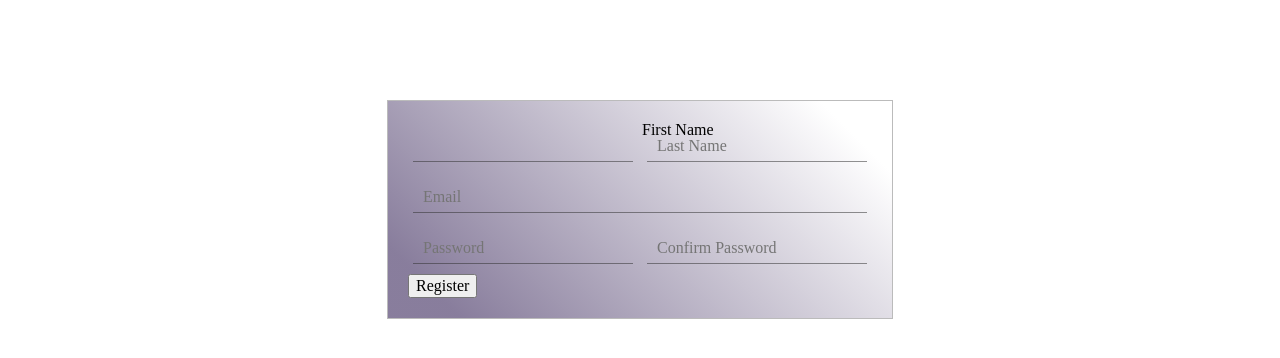
Repository: AMAmine89/vanilla-projects
Page: formo/index.html
The author's editor kept a copy of each file at every save. The page is drawn from the files as they stood at one save, then again after the next save.
The browser window is 1280 px wide. The pictures show the whole page.

Above is the page before, as saved 2021-05-05 06:17:58.

### formo/index.html
<!DOCTYPE html>
<html lang="en">
<head>
    <meta charset="UTF-8">
    <meta http-equiv="X-UA-Compatible" content="IE=edge">
    <meta name="viewport" content="width=device-width, initial-scale=1.0">
    <link rel="stylesheet" href="css/normalize.css">
    <link rel="stylesheet" href="style.css">
    <title>Formo</title>
</head>
<body>
    <section>
        <form>
            <div class="double-block">
                <input type="text" name="first-name" id="first-name">
                <label for="first-name">First Name</label>
                <input type="text" name="last-name" placeholder="Last Name">
            </div>
            <div>
                <input type="email" name="email" placeholder="Email">
            </div>
            <div class="double-block">
                <input type="password" name="password" placeholder="Password">
                <input type="password" name="confirm-password" placeholder="Confirm Password">
            </div>
            <div>
                <input type="submit" value="Register">
            </div>
        </form>
    </section>
</body>
</html>

### formo/style.css
section {
    display: flex;
    justify-content: center;
    margin-top: 100px;
}

form {
    background: linear-gradient(45deg, rgba(42, 22, 78, 0.555) 10%, white 90%);
    padding: 20px;
    border: 1px solid rgb(187, 187, 187);
    border-radius: 0%;
    -webkit-border-radius: 0%;
    -moz-border-radius: 0%;
    -ms-border-radius: 0%;
    -o-border-radius: 0%;
}


input:not(input[type="submit"]) {
    padding: 5px 10px;
    height: 20px;
    background: transparent;
    border-top: none;
    border-right: none;
    border-left: none;
    border-bottom: solid 1px rgba(49, 49, 49, 0.527);
    margin: 10px 5px;
    outline: none;
}

input[type="email"] {
    width: -webkit-fill-available;
}

input:not(input[type="submit"])::after {
    content: '';
    width: 0;
    display: block;
    height: 1px;
    color: rgb(49, 49, 49);
    border-bottom: solid 1px;
    transition: width .3s ease-in-out;
    -webkit-transition: width .3s ease-in-out;
    -moz-transition: width .3s ease-in-out;
    -ms-transition: width .3s ease-in-out;
    -o-transition: width .3s ease-in-out;
}

input:not(input[type="submit"]):focus::after {
    width: 100%;
}

label {
    float: left;
    position: absolute;
}

Loaded but not shown: formo/normalize.css (library)

After the next save:
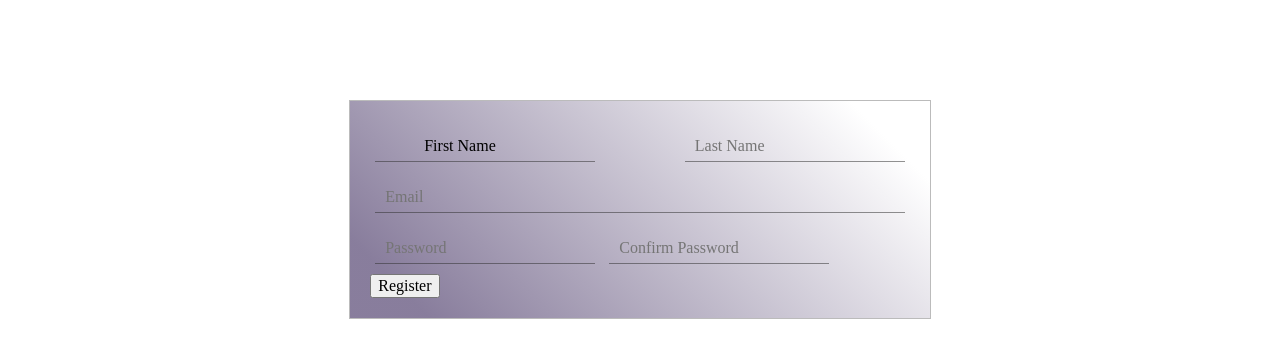
Saved 2 min 56 s later.
--- a/formo/style.css
+++ b/formo/style.css
@@ -51,6 +51,6 @@ input:not(input[type="submit"]):focus::after {
 }
 
 label {
-    float: left;
-    position: absolute;
+    position: relative;
+    left: -180px;
 }
